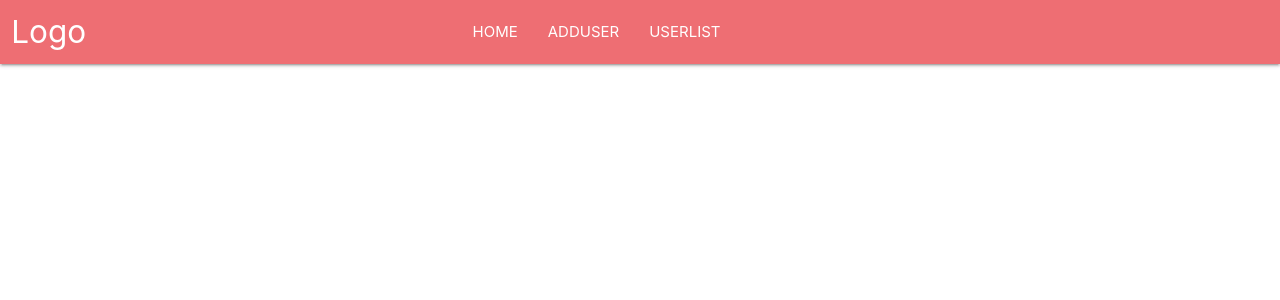
Repository: JenyaIII-sudo/Cars
Page: /
An editor plug-in stored every save of this project. The page is shown before and after the next save, followed by the edit.
The browser window is 1280 px wide. The pictures show the whole page.
The project was rebuilt for these pictures with package versions that can differ from the ones it lists, and the page was loaded fresh each time. Also part of the build but not shown: src/App.css, src/Components/UserList.js, src/Components/Home.js, src/Components/AddUser.js.

Above is the page before, as saved 2019-11-24 17:58:19.

### public/index.html
<!DOCTYPE html>
<html lang="en">
  <head>
    <meta charset="utf-8" />
    <link rel="icon" href="%PUBLIC_URL%/favicon.ico" />
    <meta name="viewport" content="width=device-width, initial-scale=1" />
    <meta name="theme-color" content="#000000" />
    <meta
      name="description"
      content="Web site created using create-react-app"
    />
    <link rel="apple-touch-icon" href="logo192.png" />

    <link rel="manifest" href="%PUBLIC_URL%/manifest.json" />
    <link
      rel="stylesheet"
      href="https://cdnjs.cloudflare.com/ajax/libs/materialize/1.0.0/css/materialize.min.css"
    />
    <link
      href="https://fonts.googleapis.com/icon?family=Material+Icons"
      rel="stylesheet"
    />
    <title>React App</title>
  </head>
  <body>
    <noscript>You need to enable JavaScript to run this app.</noscript>
    <div id="root"></div>
    <!-- <script src="https://cdnjs.cloudflare.com/ajax/libs/materialize/1.0.0/js/materialize.min.js"></script> -->
  </body>
</html>

### src/App.js
import React, { useState } from "react";
import "./App.css";
import NavBar from "./Components/NavBar";
import { BrowserRouter as Router, Route } from "react-router-dom";
import UserList from "./Components/UserList";
import Home from "./Components/Home";
import AddUser from "./Components/AddUser";

const App = () => {
  const [data, setData] = useState([]);

  const addUser = obj => {
    obj.id = Date.now();
    obj.pic =
      "https://cdn.iconscout.com/icon/free/png-512/laptop-user-1-1179329.png";
    setData([...data, obj]);
  };

  console.log("DATA", data);

  return (
    <Router>
      <div className="row container-fluid">
        <NavBar />
        <Route path="/Home" component={Home} />
        <Route
          path="/Add"
          render={props => <AddUser {...props} addUser={addUser} data={data} />}
        />
        <Route path="/UserList" component={UserList} />
      </div>
    </Router>
  );
};

export default App;

### src/Components/NavBar.js
import React from "react";
import { Link } from "react-router-dom";

const NavBar = () => {
  return (
    <nav>
      <div className="nav-wrapper col s7">
        <a href="#" className="brand-logo">
          Logo
        </a>
        <ul id="nav-mobile" className="right hide-on-med-and-down">
          <li>
            <Link to="/Home">HOME</Link>
          </li>
          <li>
            <Link to="/Add">ADDUSER</Link>
          </li>
          <li>
            <Link to="/UserList">USERLIST</Link>
          </li>
        </ul>
      </div>
    </nav>
  );
};

export default NavBar;

Loaded but not shown: src/index.js (common file); src/index.css (common file)

After the next save:
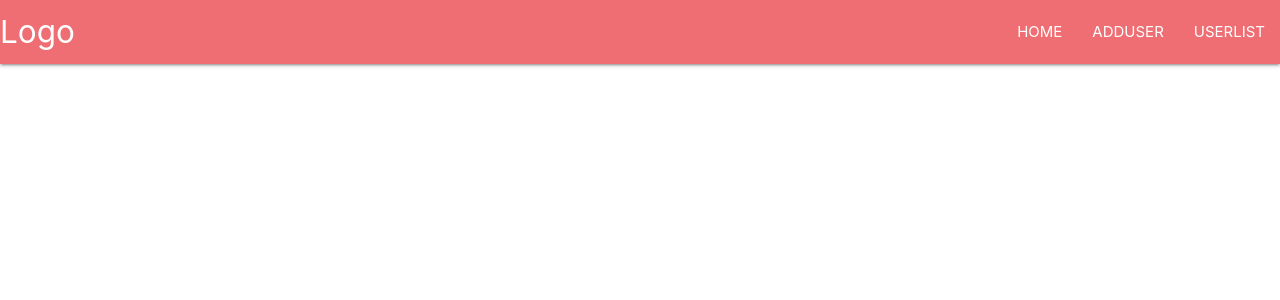
Saved 58 s later.
--- a/src/App.js
+++ b/src/App.js
@@ -20,7 +20,7 @@
 
   return (
     <Router>
-      <div className="row container-fluid">
+      <div className=" container-fluid">
         <NavBar />
         <Route path="/Home" component={Home} />
         <Route

After the save that followed:
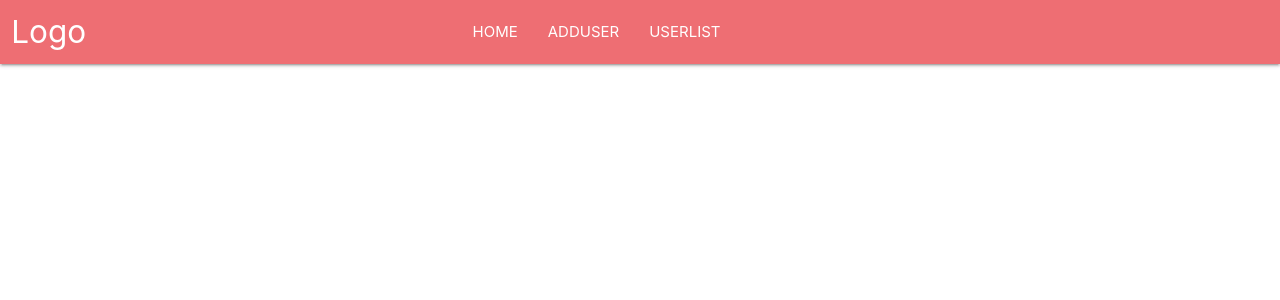
Saved 4 s later.
--- a/src/App.js
+++ b/src/App.js
@@ -20,7 +20,7 @@
 
   return (
     <Router>
-      <div className=" container-fluid">
+      <div className="row container-fluid">
         <NavBar />
         <Route path="/Home" component={Home} />
         <Route
